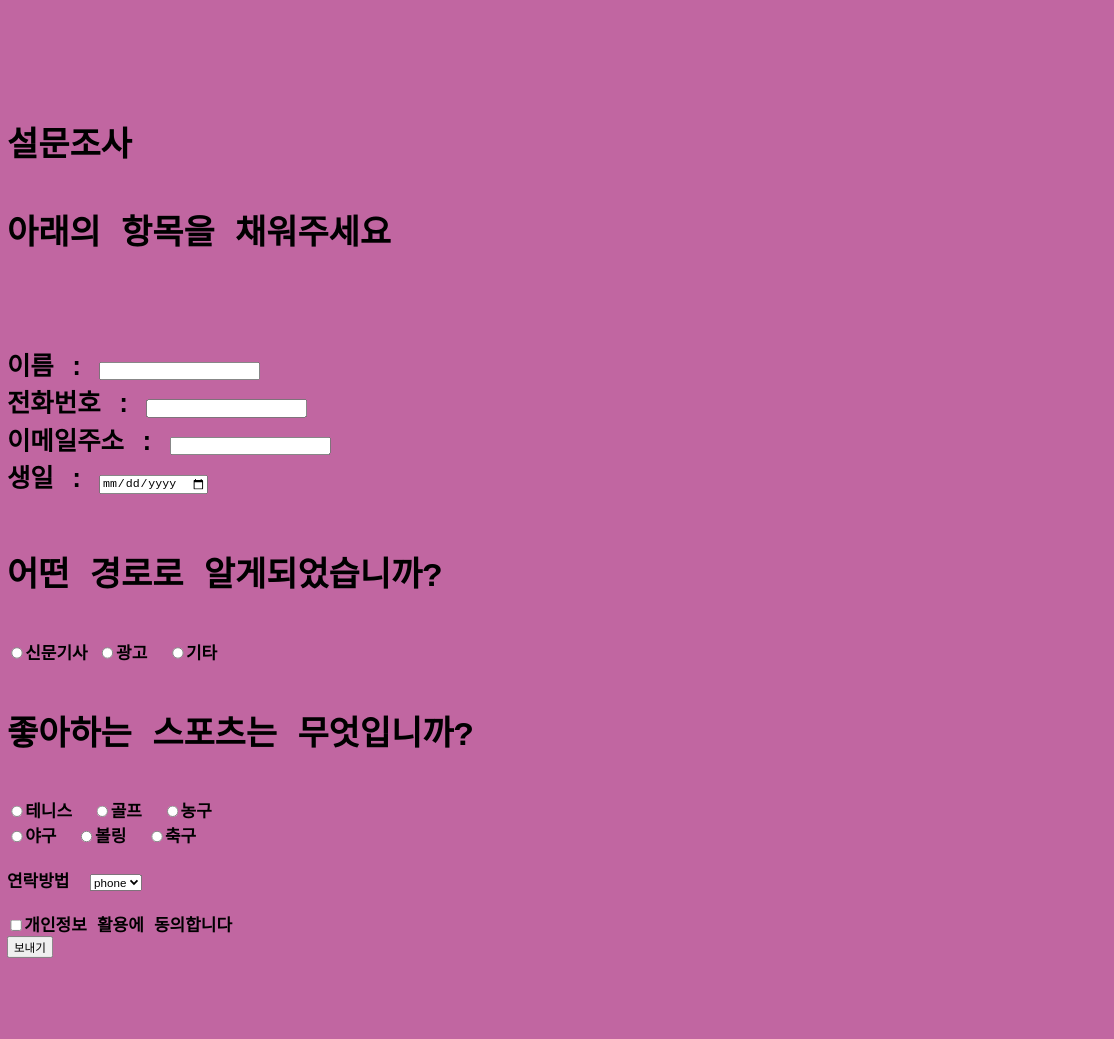
Repository: violetaplum/eclipseJSP
Page: http://localhost/JSP/jsp_DB/dao.jsp
These files come from the project's save history. The page is drawn as it stood at one moment and after the next save; the edit follows.
The browser window is 1280 px wide. The pictures show the whole page, at 87% of full size.
The page is served by Tomcat 9.

Above is the page before, as saved 2019-06-12 10:05:29.

After the next save:
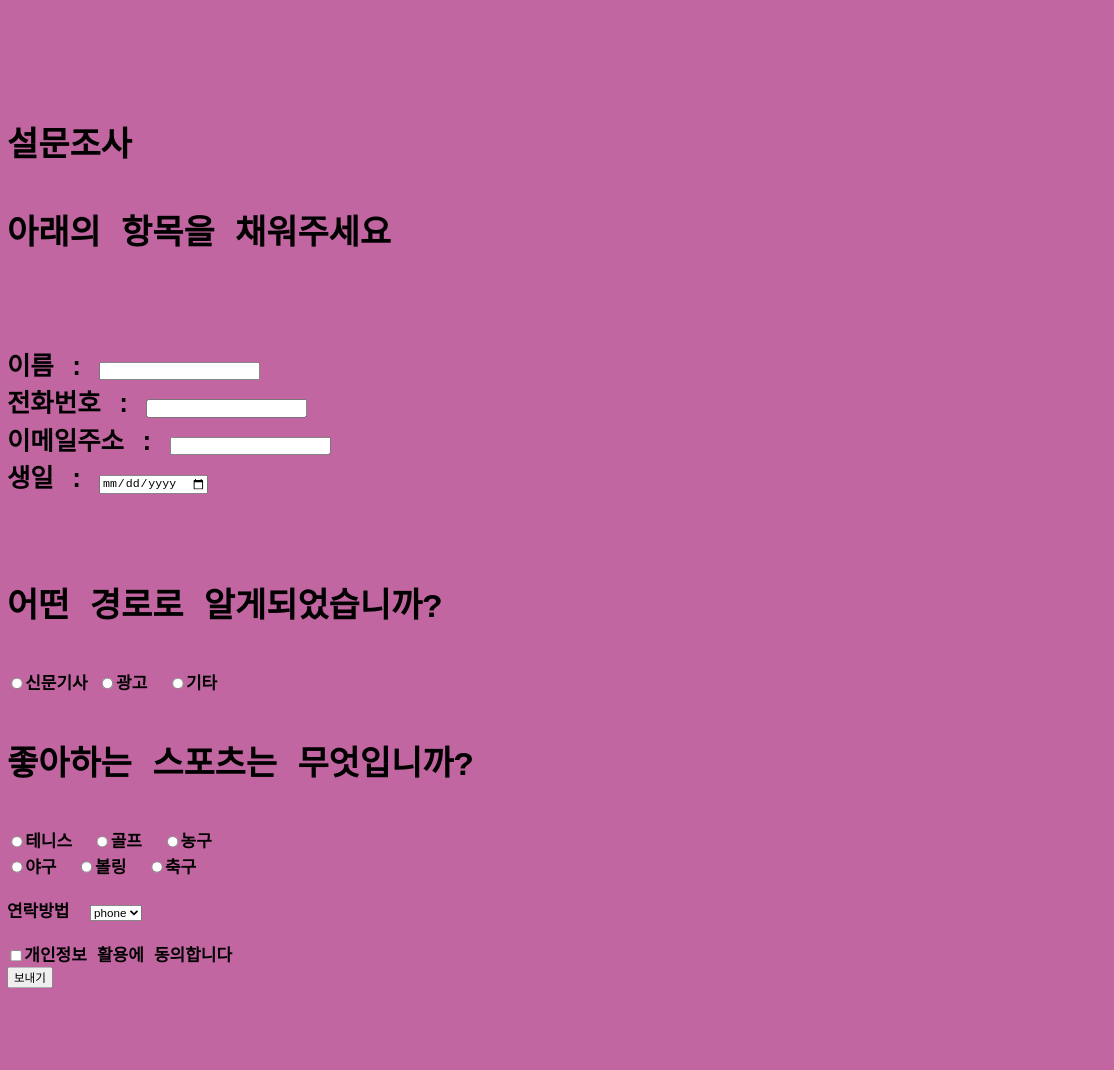
Saved 4 s later.
--- a/JSP/WebContent/jsp_DB/dao.jsp
+++ b/JSP/WebContent/jsp_DB/dao.jsp
@@ -42,6 +42,7 @@ ArrayList<TelInfoVO> tiArray = tidao.getAllInfo();
 전화번호 : <input type="text" name="tel" />
 이메일주소 : <input type="text" name="email" />
 생일 : <input type="date" name="birth" />
+</h2>
 
 <h1>어떤 경로로 알게되었습니까?</h1>
 <input type="radio" name="radio1" value="신문기사"/>신문기사 <input type="radio" name="radio1" value="광고"/>광고  <input type="radio" name="radio1" value="기타" />기타
